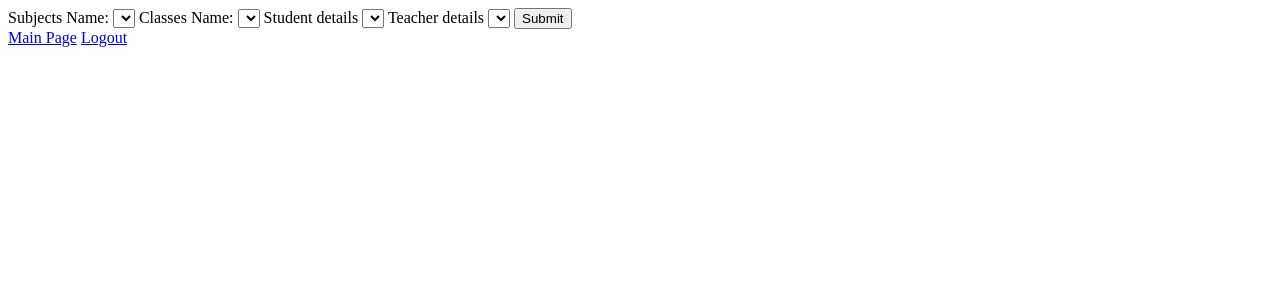
Repository: govardhan71/Learners-Academy-Project-Phase-2
Page: http://localhost/LearnersAcademyPhase-2/submitclassreport.jsp
The author's editor kept a copy of each file at every save. The page is drawn from the files as they stood at one save, then again after the next save.
The browser window is 1280 px wide. The pictures show the whole page.
The page is served by Tomcat 9. Other server files are loaded and not shown. Queries for data that is not in the repository find no rows.

Above is the page before, as saved 2021-06-02 11:52:32.

### LearnersAcademyPhase-2/WebContent/submitclassreport.jsp
<%@page import="com.DatabaseConnection.SubjectsData,com.learnersAcademy.Subjects,java.util.* "%>
<%@page import= "com.DatabaseConnection.ClassesData,com.learnersAcademy.ClassesList" %>
<%@page import= "com.DatabaseConnection.StudentData,com.learnersAcademy.Students" %>
<%@page import= "com.DatabaseConnection.TeachersData,com.learnersAcademy.Teachers" %>
<%@page import="com.DatabaseConnection.ClassReport"%>
<%@ taglib uri="http://java.sun.com/jsp/jstl/core" prefix="c"%>
<jsp:useBean id="cr" class="com.learnersAcademy.ClassReports"></jsp:useBean>

<!DOCTYPE html PUBLIC "-//W3C//DTD HTML 4.01 Transitional//EN" "http://www.w3.org/TR/html4/loose.dtd">
<html>
<head>
<meta http-equiv="Content-Type" content="text/html; charset=ISO-8859-1">
<title>Insert title here</title>
</head>
<body>
<form action=classreportresult.jsp method=post>

<%

List<Subjects> list=SubjectsData.getallsubjects();

request.setAttribute("list",list);
%>
<tr><td>Subjects Name:</td></tr>
<select name="subjectsname">
<c:forEach items="${list}" var="subjectsname">
<option >${subjectsname.getSubject_name()}</option></c:forEach>
</select>


<%

List<ClassesList> classlist=ClassesData.getallclasses();

request.setAttribute("classlist",classlist);
%>
<tr><td>Classes Name:</td></tr>
<select name="classnames">
<c:forEach items="${classlist}" var="classnames">
<option >${classnames.getClass_name()}</option></c:forEach>
</select>


<%

List<Students> studentlist=StudentData.getallstudents();

request.setAttribute("studentlist",studentlist);
%>
<tr><td>Student details</td></tr>
<select name="studentlist">
<c:forEach items="${studentlist}" var="studentlist">
<option >${studentlist.getStudent_name()}</option>

</c:forEach>
</select>


<%

List<Teachers> teacherlist=TeachersData.getallteachers();

request.setAttribute("teacherlist",teacherlist);
%>
<tr><td>Teacher details</td></tr>
<select name="teacherlist">
<c:forEach items="${teacherlist}" var="teacherlist">
<option>${teacherlist.getTeacher_name()}</option>

</c:forEach>
</select>
<input type="submit" value="Submit" />
</form>
<td><a href=learnersacademy.jsp>Main Page</a></td></tr>
<td><a href=logout.jsp>Logout</a></td></tr>
</body>
</html>

### LearnersAcademyPhase-2/src/com/learnersAcademy/ClassReports.java
package com.learnersAcademy;

public class ClassReports {

	private String student_name;

	private String teacher_name;
	private String subjects_name;
	private String classes_name;

	public String getStudent_name() {
		return student_name;
	}
	public void setStudent_name(String student_name) {
		this.student_name = student_name;
	}
	public String getTeacher_name() {
		return teacher_name;
	}
	public void setTeacher_name(String teacher_name) {
		this.teacher_name = teacher_name;
	}
	public String getSubjects_name() {
		return subjects_name;
	}
	public void setSubjects_name(String subjects_name) {
		this.subjects_name = subjects_name;
	}
	public String getClasses_name() {
		return classes_name;
	}
	public void setClasses_name(String classes_name) {
		this.classes_name = classes_name;
	}

}

### LearnersAcademyPhase-2/src/com/DatabaseConnection/SubjectsData.java
package com.DatabaseConnection;

import java.sql.Connection;
import java.sql.DriverManager;
import java.sql.PreparedStatement;
import java.sql.ResultSet;
import java.util.ArrayList;
import java.util.List;

import com.learnersAcademy.Subjects;

public class SubjectsData {

	public static Connection getConnection(){
	    Connection con=null;
	    try{
	        Class.forName("com.mysql.jdbc.Driver");
	        con=DriverManager.getConnection("jdbc:mysql://localhost:3306/school","root","master");
	    }catch(Exception e){System.out.println(e);}
	    return con;
	}

public static int savesubjects(Subjects s){
	int status = 0;
	try{
		Connection conn = getConnection();
		PreparedStatement ps =conn.prepareStatement("insert"
				+ " into subjects(subjects_name)values(?)");
		ps.setString(1,s.getSubject_name());
		status=ps.executeUpdate();
       }catch(Exception e){System.out.println(e);}
	return status;
	}

public static List<Subjects> getallsubjects(){
	List<Subjects> list=new ArrayList<Subjects>();
	try{
		Connection conn=getConnection();
		PreparedStatement ps=conn.prepareStatement("select * from subjects ");
		ResultSet rs=ps.executeQuery();
		while(rs.next()){
			Subjects s= new Subjects();
			s.setSubject_name(rs.getString("subjects_name"));
			list.add(s);

		}

	}catch(Exception e){System.out.println(e);}
	return list;

}


}

### LearnersAcademyPhase-2/src/com/DatabaseConnection/ClassesData.java
package com.DatabaseConnection;

import java.sql.Connection;
import java.sql.DriverManager;
import java.sql.PreparedStatement;
import java.sql.ResultSet;
import java.util.ArrayList;
import java.util.List;

import com.learnersAcademy.ClassesList;

public class ClassesData {

	public static Connection getConnection(){
	    Connection con=null;
	    try{
	        Class.forName("com.mysql.jdbc.Driver");
	        con=DriverManager.getConnection("jdbc:mysql://localhost:3306/school","root","master");
	    }catch(Exception e){System.out.println(e);}
	    return con;
	}

public static int saveclasses(ClassesList cl){
	int status = 0;
	try{
		Connection conn = getConnection();
		PreparedStatement ps =conn.prepareStatement("insert"
				+ " into classes(classes_name)values(?)");
		ps.setString(1,cl.getClass_name());
		status=ps.executeUpdate();
       }catch(Exception e){System.out.println(e);}
	return status;
	}


public static List<ClassesList> getallclasses(){
	List<ClassesList> list=new ArrayList<ClassesList>();
	try{
		Connection conn=getConnection();
		PreparedStatement ps=conn.prepareStatement("select * from classes ");
		ResultSet rs=ps.executeQuery();
		while(rs.next()){
			ClassesList cl= new ClassesList();
			cl.setClass_name(rs.getString("classes_name"));
			list.add(cl);

		}

	}catch(Exception e){System.out.println(e);}
	return list;

}


}

### LearnersAcademyPhase-2/src/com/DatabaseConnection/StudentData.java
package com.DatabaseConnection;

import java.sql.Connection;
import java.sql.DriverManager;
import java.sql.PreparedStatement;
import java.sql.ResultSet;
import java.util.ArrayList;
import java.util.List;

import com.learnersAcademy.Students;


public class StudentData {

	public static Connection getConnection(){
	    Connection con=null;
	    try{
	        Class.forName("com.mysql.jdbc.Driver");
	        con=DriverManager.getConnection("jdbc:mysql://localhost:3306/school","root","master");
	    }catch(Exception e){System.out.println(e);}
	    return con;
	}

public static int savestudents(Students sts){
	int status = 0;
	try{
		Connection conn = getConnection();
		PreparedStatement ps =conn.prepareStatement("insert"
				+ " into students(student_name)values(?)");

		ps.setString(1,sts.getStudent_name());
		status=ps.executeUpdate();
       }catch(Exception e){System.out.println(e);}
	return status;
	}

public static List<Students> getallstudents(){
	List<Students> list=new ArrayList<Students>();
	try{
		Connection conn=getConnection();
		PreparedStatement ps=conn.prepareStatement("select * from students ");
		ResultSet rs=ps.executeQuery();
		while(rs.next()){
			Students st= new Students();

			st.setStudent_name(rs.getString("student_name"));
			list.add(st);

		}

	}catch(Exception e){System.out.println(e);}
	return list;

}

}

### LearnersAcademyPhase-2/src/com/DatabaseConnection/TeachersData.java
package com.DatabaseConnection;

import java.sql.Connection;
import java.sql.DriverManager;
import java.sql.PreparedStatement;
import java.sql.ResultSet;
import java.util.ArrayList;
import java.util.List;

import com.learnersAcademy.Teachers;

public class TeachersData {

	public static Connection getConnection(){
	    Connection con=null;
	    try{
	        Class.forName("com.mysql.jdbc.Driver");
	        con=DriverManager.getConnection("jdbc:mysql://localhost:3306/school","root","master");
	    }catch(Exception e){System.out.println(e);}
	    return con;
	}

public static int saveteachers(Teachers t){
	int status = 0;
	try{
		Connection conn = getConnection();
		PreparedStatement ps =conn.prepareStatement("insert"
				+ " into teachers(teacher_name)values(?)");

		ps.setString(1,t.getTeacher_name());
		status=ps.executeUpdate();
       }catch(Exception e){System.out.println(e);}
	return status;
	}

public static List<Teachers> getallteachers(){
	List<Teachers> list=new ArrayList<Teachers>();
	try{
		Connection conn=getConnection();
		PreparedStatement ps=conn.prepareStatement("select * from teachers ");
		ResultSet rs=ps.executeQuery();
		while(rs.next()){
			Teachers t= new Teachers();

			t.setTeacher_name(rs.getString("teacher_name"));
			list.add(t);

		}

	}catch(Exception e){System.out.println(e);}
	return list;

}

}

After the next save:
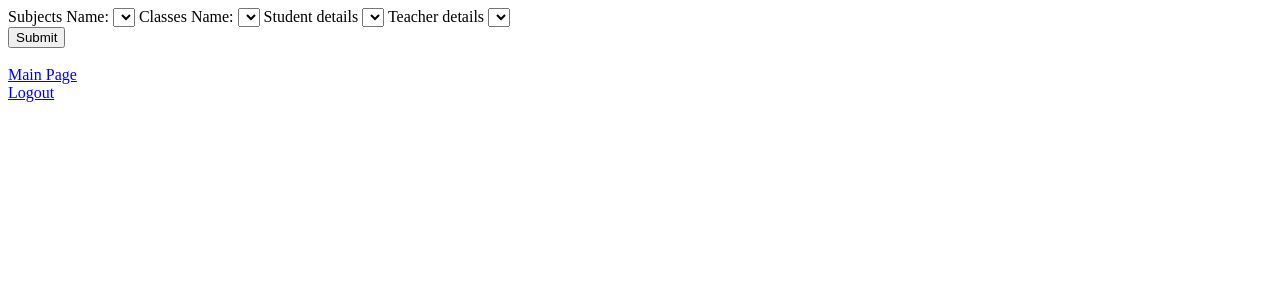
Saved 2 min 46 s later.
--- a/LearnersAcademyPhase-2/WebContent/submitclassreport.jsp
+++ b/LearnersAcademyPhase-2/WebContent/submitclassreport.jsp
@@ -69,9 +69,11 @@ request.setAttribute("teacherlist",teacherlist);
 
 </c:forEach>
 </select>
+<br>
 <input type="submit" value="Submit" />
 </form>
-<td><a href=learnersacademy.jsp>Main Page</a></td></tr>
+<br>
+<td><a href=learnersacademy.jsp>Main Page</a></td></tr><br>
 <td><a href=logout.jsp>Logout</a></td></tr>
 </body>
 </html>
